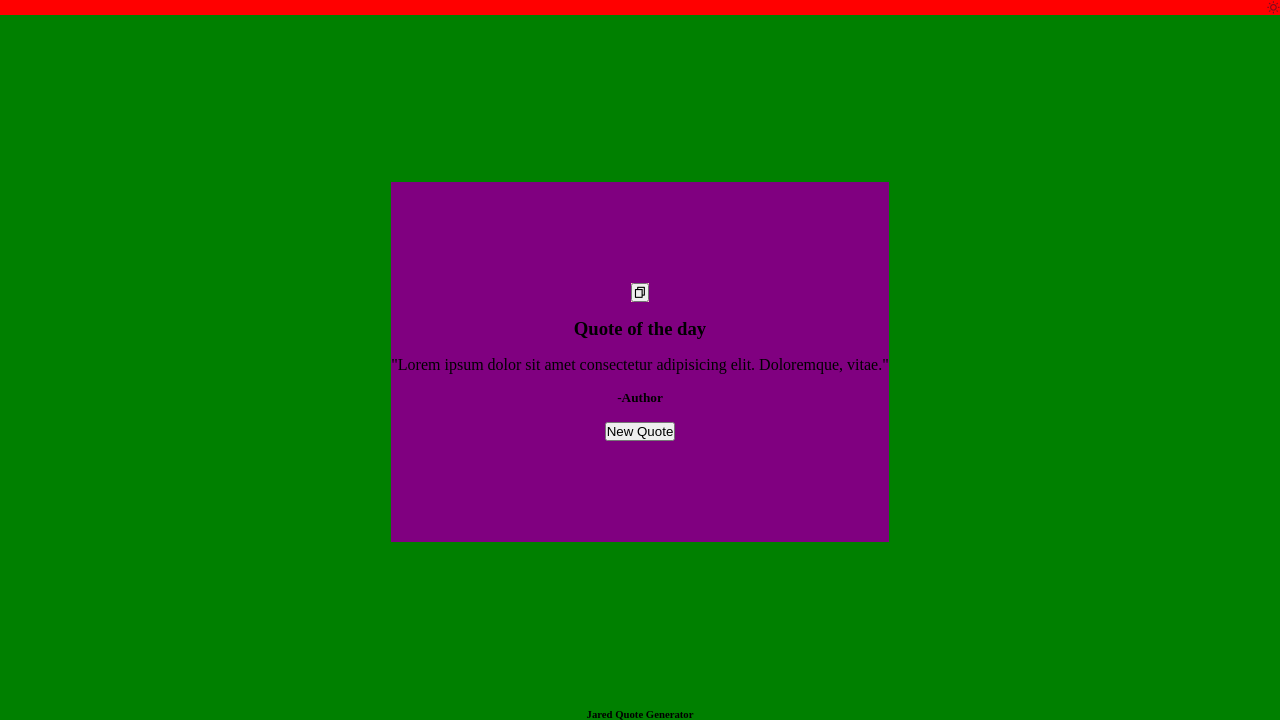
Repository: EguJaredoBoyd/Jared-Quote-Generator
Page: html/main.html
The author's editor kept a copy of each file at every save. The page is drawn from the files as they stood at one save, then again after the next save.
The browser window is 1280 px wide. The pictures show the whole page.
Some web libraries are served in a nearby version.

Above is the page before, as saved 2026-01-09 00:43:01.

After the next save:
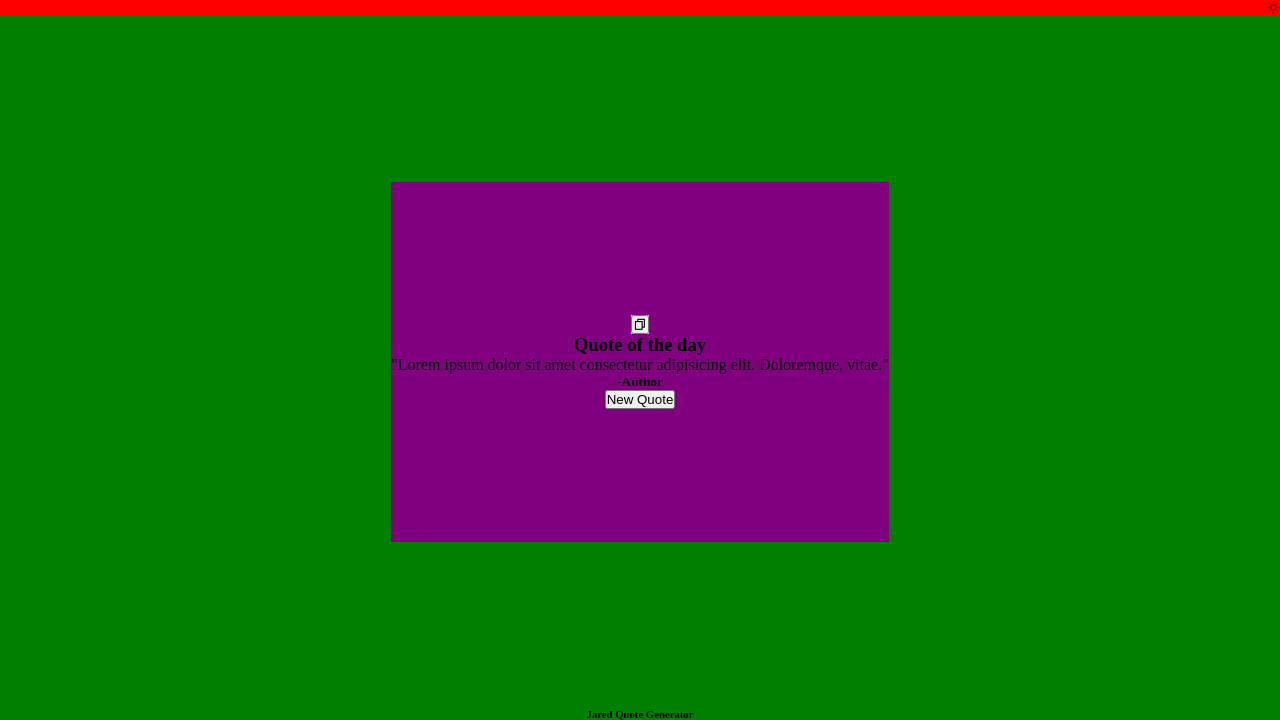
Saved 21 s later.
--- a/css/style.css
+++ b/css/style.css
@@ -52,7 +52,6 @@ header button {
   align-items: center;
   height: 50vh;
   width: auto;
-  row-gap: 1rem;
 }
 
 .quote-container__copy {
